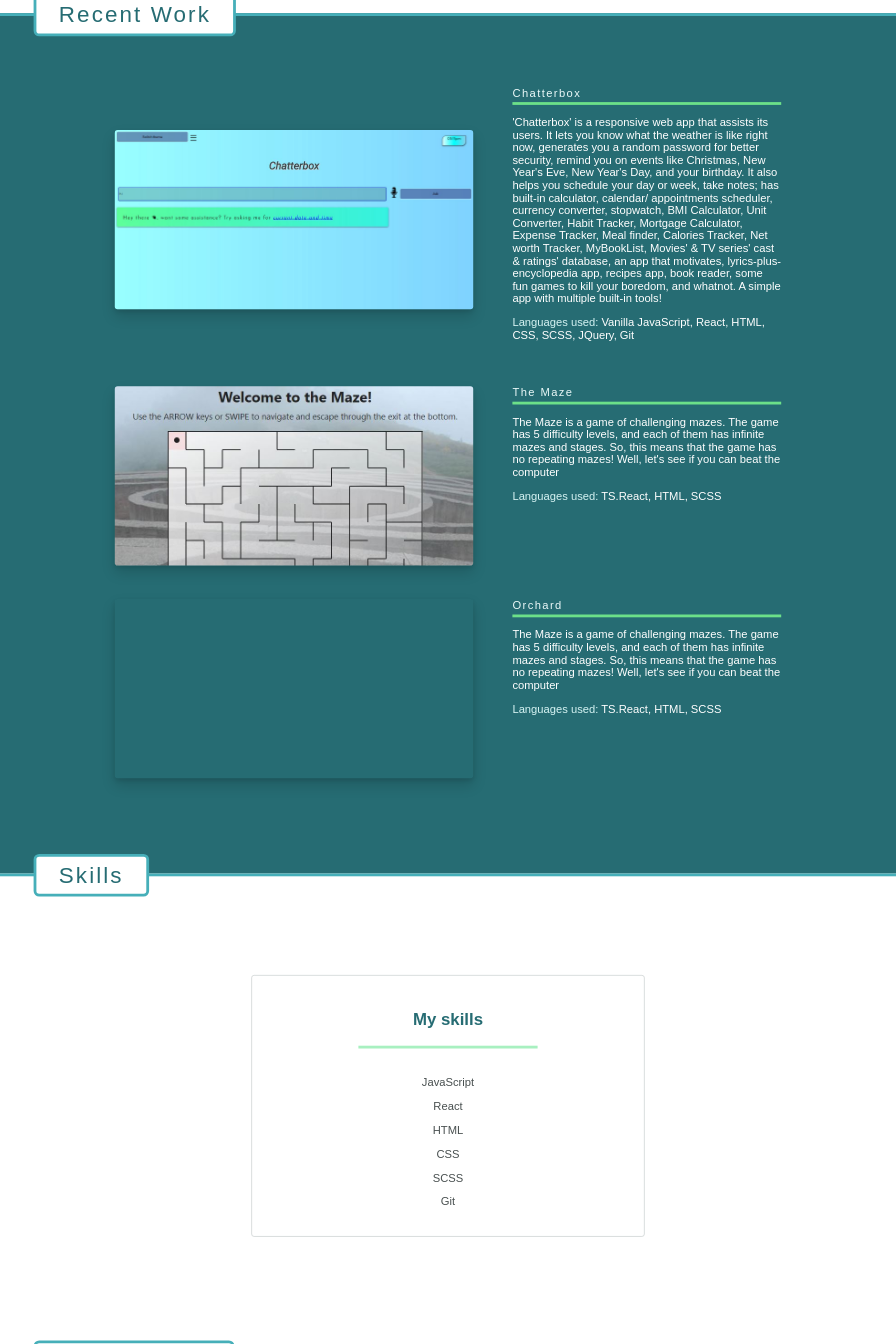
Repository: Abbaskhurram255/port
Page: /
These files come from the project's save history. The page is drawn as it stood at one moment and after the next save; the edit follows.
The browser window is 1280 px wide. The pictures show the part of the page from y = 847 to 2767 px (the page is 3086 px tall), at 70% of full size.
The page's requests for data from a server got no answer. Some web fonts or font styles are not loaded; a fallback is used. Some web libraries are served in a nearby version. The project was rebuilt for these pictures with package versions that can differ from the ones it lists, and the page was loaded fresh each time. No one was signed in, and anything a server would have sent is missing.

Above is the page before, as saved 2021-01-01 22:57:36.

### public/index.html
<!DOCTYPE html>
<html lang="en">
  <head>
    <meta charset="utf-8" />
    <meta
      name="viewport"
      content="width=device-width, initial-scale=1, shrink-to-fit=no"
    />
    <meta name="theme-color" content="#000000" />
    <meta property="og:title" content="Alex' Portfolio" />
    <meta
      property="og:description"
      content="A portfolio of web applications by Alex/ Khurram"
    />
    <meta property="og:url" content="https://www.abbaskhurram255.github.io/" />
    <meta property="og:image" content="/images/portfolio-home.jpg" />
    <title>Alex' Portfolio</title>
    <link
      href="https://fonts.googleapis.com/css?family=Muli:300,400,600,700"
      rel="stylesheet"
    />
    <link
      rel="stylesheet"
      href="https://use.fontawesome.com/releases/v5.4.2/css/all.css"
      integrity="sha384-/rXc/GQVaYpyDdyxK+ecHPVYJSN9bmVFBvjA/9eOB+pb3F2w2N6fc5qB9Ew5yIns"
      crossorigin="anonymous"
    />
  </head>

  <body>
    <noscript>You need to enable JavaScript to run this app.</noscript>
    <div id="root"></div>
  </body>
</html>

### src/index.tsx
import React from "react";
import ReactDOM from "react-dom";
import App from "./App";
import * as serviceWorker from "./serviceWorker";
import "./styles/styles.scss";

ReactDOM.render(<App />, document.getElementById("root"));

// If you want your app to work offline and load faster, you can change
// unregister() to register() below. Note this comes with some pitfalls.
// Learn more about service workers: http://bit.ly/CRA-PWA
serviceWorker.unregister();

### src/App.tsx
import * as React from "react";
import Contact from "./components/Contact";
import Home from "./components/Home";
import Navbar from "./components/Navbar";
import RecentWork from "./components/RecentWork";
import Skills from "./components/Skills";

class App extends React.Component {
  public render() {
    return (
      <div>
        <Navbar />
        <Home />
        <RecentWork />
        <Skills />
        <Contact />
      </div>
    );
  }
}

export default App;

### src/styles/styles.scss
@import "./base/settings";
@import "./base/base";
@import "./components/navbar";
@import "./components/home";
@import "./components/images";
@import "./components/recent-works";
@import "./components/projects";
@import "./components/project";
@import "./components/skills";
@import "./components/skill";
@import "./components/contact";
@import "./components/social";
@import "./components/section-title";

### src/components/Contact.tsx
import * as React from "react";
import utils from "../utils/constants";
import Social from "./Social";
import Title from "./Title";

const { GITHUB_URL, TWITTER_URL } = utils.social;
const { EMAIL } = utils.contact;

const Contact = () => {
  return (
    <div id="contact" className="contact">
      <Title title="Get in Touch" parentComponent="contact" />
      <div className="contact__social-links">
        <p className="contact__brackets">{"{"}</p>
        <Social socialIcon="fab fa-github" socialUrl={GITHUB_URL} />
        <Social socialIcon="fab fa-twitter" socialUrl={TWITTER_URL} />
        <Social socialIcon="fas fa-envelope" socialUrl={`mailto:${EMAIL}`} />
        <p className="contact__brackets">{"}"}</p>
      </div>
    </div>
  );
};

export default Contact;

### src/components/Home.tsx
import * as React from "react";
import Image from "./Image";
import Text from "./Text";
import Title from "./Title";

const Home = () => {
  return (
    <div className="home">
      <div className="home__text-container">
        <Title
          title="<Alex Puth (aka Khurram) />"
          parentComponent="home"
          subTitle="Front-End Developer"
        />
        <Text parentComponent="home" mobile="" />
      </div>
      <Image
        src="/images/headshot.jpg"
        alt="Headshot of Alex Puth"
        parentComponent="home"
      />
      <Text parentComponent="home" mobile="--mobile" />
    </div>
  );
};

export default Home;

### src/components/Navbar.tsx
import * as React from "react";

interface INavbarState {
  linkClass: string;
  isToggled: boolean;
}

class Navbar extends React.Component {
  public state = {
    isToggled: true,
    linkClass: "navbar__link"
  };

  public toggleNav = () => {
    const { isToggled } = this.state;
    this.setState({ isToggled: !isToggled });
    isToggled
      ? this.setState({ linkClass: "navbar__link--show" })
      : this.setState({ linkClass: "navbar__link" });
  };

  public render() {
    return (
      <div className="navbar">
        <a className="navbar__brand" href="#">
          <p className="navbar__brand-text">AP</p>
        </a>
        <i onClick={this.toggleNav} className="fas fa-bars navbar__hamburger" />
        <div className="navbar__link-box">
          <a className={this.state.linkClass} href="#">
            <p className="navbar__link-text">Home</p>
          </a>

          <a className={this.state.linkClass} href="#recent-works">
            <p className="navbar__link-text">Recent Work</p>
          </a>

          <a className={this.state.linkClass} href="#skills">
            <p className="navbar__link-text">Skills</p>
          </a>

          <a className={this.state.linkClass} href="#contact">
            <p className="navbar__link-text">Contact</p>
          </a>
        </div>
      </div>
    );
  }
}
export default Navbar;

### src/components/RecentWork.tsx
import * as React from "react";
import Projects from "./Projects";
import Title from "./Title";

const RecentWork = () => {
  return (
    <div id="recent-works" className="recent-works">
      <Title title="Recent Work" parentComponent="recent-works" />
      <Projects />
    </div>
  );
};

export default RecentWork;

### src/components/Skills.tsx
import * as React from "react";
import Skill from "./Skill";
import Title from "./Title";

const Skills = () => {
  const technicalSkills: string[] = [
    "JavaScript",
    "React",
    "HTML",
    "CSS",
    "SCSS",
    "Git"
  ];

  return (
    <div id="skills" className="skills">
      <Title title={"Skills"} parentComponent="skills" />
      <div className="skills__set-box">
        <Skill title="My skills" skills={technicalSkills} />
      </div>
    </div>
  );
};

export default Skills;

### src/styles/base/_base.scss
html {
  font-size: 62.5%;
  scroll-behavior: smooth;
}

body {
  margin: 0;
  background-color: $white;
}

button {
  cursor: pointer;
}

button:disabled {
  cursor: default;
}

### src/styles/components/_home.scss
.home {
  display: flex;
  flex-direction: column;
  justify-content: space-around;
  margin: $size-10 auto $size-8 auto;
  max-width: 100rem;
  padding: 0 $size-4;
  @media (min-width: $breakpoint-1) {
    margin: $size-10 25% $size-9 25%;
  }
  @media (min-width: $breakpoint-2) {
    flex-direction: row;
    margin: $size-10 auto $size-12 auto;
  }
}

.home__title-box {
  align-items: center;
  display: flex;
  flex-direction: column;
  justify-content: center;
  margin-top: $size-3;
  @media (min-width: $breakpoint-2) {
    margin: 0;
    margin-left: -$size-9;
    align-items: flex-start;
  }
}

.home__title {
  color: $primary-7;
  font-family: $header;
  font-size: $size-6;
  font-weight: 700;
  letter-spacing: 0.3rem;
  line-height: 1;
  margin: 0;
  @media (min-width: $breakpoint-1) {
    font-size: $size-6;
  }
  @media (min-width: $breakpoint-2 - 13) {
    font-size: $size-7;
  }
  @media (min-width: $breakpoint-3) {
    font-size: 7.2rem;
  }
}

.home__subtitle {
  color: $gray-5;
  font-family: $header;
  font-size: $size-4;
  font-weight: 300;
  margin: $size-3 0;
  @media (min-width: $breakpoint-1) {
    font-size: 1.8rem;
  }
  @media (min-width: $breakpoint-2 - 13) {
    font-size: $size-5;
  }
  @media (min-width: $breakpoint-3) {
    font-size: $size-6;
  }
}

.home__text-container {
  display: flex;
  flex-direction: column;
  justify-content: flex-end;
}

.home__text-box {
  border-left: $size-1 solid $secondary-2;
  margin-top: $size-6;
  padding: $size-5 $size-4;
  width: $size-14;
  @media (max-width: $breakpoint-2 - 1) {
    display: none;
  }
}

.home__text-box--mobile {
  border-left: $size-1 solid $secondary-2;
  box-sizing: border-box;
  margin-top: $size-6;
  padding: $size-2;
  width: 100%;
  @media (min-width: $breakpoint-2) {
    display: none;
  }
}

.home__text {
  color: $gray-7;
  font-family: $text;
  font-size: $size-3;
  line-height: 2;
  margin: 0;
  padding: $size-2;
  @media (min-width: $breakpoint-2) {
    font-size: $size-4;
  }
}

.home__text-link {
  @extend .home__text;
  color: $primary-7;
  padding: 0;
  text-decoration: none;
}

.home__text-link:hover {
  color: $primary-5;
}

### src/styles/components/images.scss
.home-image-box {
  background: $gradient-1;
  border-radius: $radius-2;
  box-shadow: $shadow-2;
  padding: $size-3;
  @media (min-width: $breakpoint-2) {
    display: block;
    padding: $size-7;
  }
}

.home-image {
  border-radius: $radius-2;
  box-shadow: $shadow-3;
  margin: 0;
  width: 100%;
  @media (min-width: $breakpoint-2) {
    margin-right: -$size-10;
    height: $size-13;
    width: $size-13;
  }
}

### src/styles/components/_recent-works.scss
.recent-works {
  align-items: center;
  background: $primary-7;
  border-top: $size-1 solid $primary-5;
  display: flex;
  flex-direction: column;
  padding-bottom: $size-2;
  @media (min-width: $breakpoint-1) {
    padding-left: 22%;
    padding-right: 22%;
  }
  @media (min-width: $breakpoint-2) {
    padding: 0;
    padding-bottom: $size-8;
  }
}

.recent-works__title-box {
  background: $white;
  border: $size-1 solid $primary-5;
  border-radius: $size-2;
  display: flex;
  flex-direction: column;
  justify-content: center;
  margin-top: -$size-5;
  padding: $size-2;
  @media (min-width: $breakpoint-2) {
    align-self: flex-start;
    margin-left: $size-7;
    margin-top: -$size-6;
    padding: $size-2 $size-6;
  }
}

.recent-works__title {
  color: $primary-7;
  font-family: $header;
  font-size: $size-4;
  font-weight: 400;
  letter-spacing: 0.3rem;
  margin: 0;
  padding: 0;
  @media (min-width: $breakpoint-2) {
    font-size: $size-6;
  }
}

### src/styles/components/_projects.scss
.projects {
  display: flex;
  flex-direction: column;
  justify-content: space-between;
  margin: $size-4 $size-7;
  width: 100%;
  @media (min-width: $breakpoint-2) {
    margin: $size-7;
    width: 100rem;
  }
}

### src/styles/components/_skills.scss
.skills {
  align-items: center;
  border-top: $size-1 solid $primary-5;
  display: flex;
  flex-direction: column;
  padding-bottom: $size-8;
  @media (min-width: $breakpoint-1) {
    padding-left: 20%;
    padding-right: 20%;
  }
  @media (min-width: $breakpoint-2) {
    padding: 0;
    padding-bottom: $size-8;
  }
}

.skills__title-box {
  background: $white;
  border: $size-1 solid $primary-5;
  border-radius: $size-2;
  display: flex;
  flex-direction: column;
  justify-content: center;
  margin-top: -$size-5;
  padding: $size-2;
  @media (min-width: $breakpoint-2) {
    align-self: flex-start;
    margin-left: $size-7;
    margin-top: -$size-6;
    padding: $size-2 $size-6;
  }
}

.skills__title {
  color: $primary-7;
  font-family: $header;
  font-size: $size-4;
  font-weight: 400;
  letter-spacing: 0.3rem;
  margin: 0;
  padding: 0;
  @media (min-width: $breakpoint-2) {
    font-size: $size-6;
  }
}

.skills__set-box {
  display: flex;
  flex-direction: column;
  justify-content: space-around;
  margin: 0;
  width: 100%;
  @media (min-width: $breakpoint-2) {
    flex-direction: row;
    margin: $size-9 $size-7;
    width: 100rem;
  }
}

### src/styles/components/_skill.scss
.skill {
  align-items: center;
  border: 1px solid $gray-3;
  border-radius: $radius-2;
  display: flex;
  flex-direction: column;
  margin: $size-4 auto;
  padding: $size-5;
  width: 80%;
  @media (min-width: $breakpoint-2) {
    margin: $size-4;
    padding: $size-5;
    width: $size-14;
  }
}

.skill__title-box {
  border-bottom: $size-1 solid $secondary-3;
  display: flex;
  justify-content: center;
  padding: 0;
  width: 100%;
  @media (min-width: $breakpoint-2) {
    width: $size-12;
  }
}

.skill__title {
  color: $primary-7;
  font-family: $text;
  font-size: $size-4;
  @media (min-width: $breakpoint-2) {
    font-size: $size-5;
  }
}

.skill__box {
  padding-top: $size-5;
  width: 100%;
}

.skill__name {
  color: $gray-7;
  font-family: $text;
  font-size: $size-4;
  text-align: center;
}

### src/styles/components/_contact.scss
.contact {
  align-items: center;
  border-top: $size-1 solid $primary-5;
  display: flex;
  flex-direction: column;
  background: #266c73;
}

.contact__title-box {
  background: $white;
  border: $size-1 solid $primary-5;
  border-radius: $size-2;
  display: flex;
  flex-direction: column;
  justify-content: center;
  margin-top: -$size-5;
  padding: $size-2 $size-6;
  @media (min-width: $breakpoint-2) {
    align-self: flex-start;
    margin-left: $size-7;
    margin-top: -$size-6;
  }
}

.contact__title {
  color: $primary-7;
  font-family: $header;
  font-size: $size-4;
  font-weight: 400;
  letter-spacing: 0.3rem;
  margin: 0;
  padding: 0;
  @media (min-width: $breakpoint-2) {
    font-size: $size-6;
  }
}

.contact__social-links {
  display: flex;
  color: rgb(48, 25, 25);
  margin: $size-8 0 $size-9 0;
}

.contact__brackets {
  color: $secondary-3;
  font-family: $text;
  font-size: $size-8;
  font-weight: 300;
  line-height: 0.5;
  margin: 0 $size-4;
  padding: 0;
  @media (min-width: $breakpoint-2) {
    display: block;
    font-size: $size-10;
  }
}

.fas:not(.navbar__hamburger), .fab {
  color: whitesmoke;
}

### src/styles/components/_social.scss
.social {
  color: $primary-5;
  font-size: $size-5;
  margin: $size-3;
  outline: none;
  transition-property: color, transform;
  transition-duration: 0.1s;
  transition-timing-function: ease;
  @media (min-width: $breakpoint-2) {
    font-size: $size-7;
    margin: $size-5;
  }
}

.social:hover,
.social:focus {
  color: $primary-6;
  transform: scale(1.2);
}

### src/styles/components/_section-title.scss
.section-title__box {
  align-self: flex-start;
  background: $white;
  border: $size-1 solid $primary-8;
  border-radius: $size-2;
  display: flex;
  flex-direction: column;
  justify-content: center;
  margin: -$size-6 0 0 $size-7;
  padding: $size-2 $size-6;
}

.section-title {
  color: $primary-7;
  font-family: $header;
  font-size: $size-6;
  font-weight: 400;
  letter-spacing: 0.3rem;
  margin: 0;
  padding: 0;
}

### src/utils/constants.ts
export default {
  contact: {
    EMAIL: process.env.REACT_APP_EMAIL || "abbaskhuram255@gmail.com"
  },
  social: {
    GITHUB_URL:
      process.env.REACT_APP_GITHUB_URL || "https://github.com/abbaskhurram255",
    TWITTER_URL:
      process.env.REACT_APP_TWITTER_URL || "https://twitter.com/alexputh255",
  }
};

### src/components/Social.tsx
import * as React from "react";

interface ISocialProps {
  socialIcon: string;
  socialUrl: string;
}

const Social = (props: ISocialProps) => {
  const { socialIcon, socialUrl } = props;
  return (
    <a
      href={socialUrl}
      rel="noopener noreferrer"
      className="social"
      target="_blank"
    >
      <i className={socialIcon} />
    </a>
  );
};

export default Social;

### src/components/Title.tsx
import * as React from "react";

interface ITitleProps {
  title: string;
  parentComponent: string;
  subTitle?: string;
}

const Title = (props: ITitleProps) => {
  const { title, subTitle, parentComponent: component } = props;
  return (
    <div className={`${component}__title-box`}>
      <h1 className={`${component}__title`}>{title}</h1>
      {subTitle && <h2 className={`${component}__subtitle`}>{subTitle}</h2>}
    </div>
  );
};

export default Title;

### src/components/Image.tsx
import * as React from "react";

interface IImageProps {
  src: string;
  alt: string;
  parentComponent: string;
}

const Image = (props: IImageProps) => {
  const { src, alt, parentComponent: component } = props;
  return (
    <div className={`${component}-image-box`}>
      <img src={`/Portfolio${src}`} alt={alt} className={`${component}-image`} />
    </div>
  );
};

export default Image;

### src/components/Text.tsx
import * as React from "react";

interface ITextProps {
  parentComponent: string;
  mobile: string;
}

const Text = (props: ITextProps) => {
  const { parentComponent: component, mobile } = props;
  return (
    <div className={`${component}__text-box${mobile}`}>
      <p className={`${component}__text`}>
        Hi, my name is Alex, and I'm a frontend developer. I love using
        functional programming concepts in JavaScript and building web
        applications with it. I'm a coding enthusiast. I've been creating web
        applications since I was 13 - I'm 19 now. It's been my hobby
        since I was a kid, the programming. {" "}
      </p>
      <p className={`${component}__text`}>I'm currently
        trying to get familiar with Vue, and Angular.</p>
    </div>
  );
};

export default Text;

### src/components/Projects.tsx
import * as React from "react";
import { projects } from "../utils/data";
import Project from "./Project";

const Projects = () => (
  <div className="projects">
    {projects.map(project => (
      <Project
        project={project.name}
        projectDescription={project.description}
        projectSourceCode={project.sourceCode}
        projectTools={project.tools}
        projectUrl={project.url}
        image={project.image}
        androidVLink={project.androidVLink}
        key={project.name}
      />
    ))}
  </div>
);

export default Projects;

### src/components/Skill.tsx
import * as React from "react";

interface ISkillProps {
  skills: string[];
  title: string;
}

const DeveloperSkills = (props: ISkillProps) => {
  const { skills, title } = props;
  return (
    <div className="skill">
      <div className="skill__title-box">
        <h3 className="skill__title">{title}</h3>
      </div>
      <div className="skill__box">
        {skills.map((skill: string) => (
          <p className="skill__name" key={skill}>
            {skill}
          </p>
        ))}
      </div>
    </div>
  );
};

export default DeveloperSkills;

### src/utils/data.ts

interface IProject {
  description: string;
  image: string;
  name: string;
  androidVLink: string;
  sourceCode: string;
  tools: string;
  url: string;
}

export const projects: IProject[] = [
  {
    description:
      "'Chatterbox' is a responsive web app that assists its users. It lets you know what the weather is like right now, generates you a random password for better security, remind you on events like Christmas, New Year's Eve, New Year's Day, and your birthday. It also helps you schedule your day or week, take notes; has built-in calculator, calendar/ appointments scheduler, currency converter, stopwatch, BMI Calculator, Unit Converter, Habit Tracker, Mortgage Calculator, Expense Tracker, Meal finder, Calories Tracker, Net worth Tracker, MyBookList, Movies' & TV series' cast & ratings' database, an app that motivates, lyrics-plus-encyclopedia app, recipes app, book reader, some fun games to kill your boredom, and whatnot. A simple app with multiple built-in tools!",
    image: "meal to list",
    name: "Chatterbox",
    androidVLink: "about:blank",
    sourceCode: "https://github.com/Abbaskhurram255/Chatterbox/",
    tools: "Vanilla JavaScript, React, HTML, CSS, SCSS, JQuery, Git",
    url: "https://abbaskhurram255.github.io/Chatterbox/getting-started"
  },
  {
    description:
      "The Maze is a game of challenging mazes. The game has 5 difficulty levels, and each of them has infinite mazes and stages. So, this means that the game has no repeating mazes! Well, let's see if you can beat the computer",
    image: "maze",
    name: "The Maze",
    androidVLink: "https://github.com/Abbaskhurram255/maze/raw/main/public/android/the-maze.apk?raw=true",
    sourceCode: "https://github.com/Abbaskhurram255/maze/",
    tools: "TS.React, HTML, SCSS",
    url: "https://alexs-maze-game.netlify.app"
  },
  {
    description:
      "The Maze is a game of challenging mazes. The game has 5 difficulty levels, and each of them has infinite mazes and stages. So, this means that the game has no repeating mazes! Well, let's see if you can beat the computer",
    image: "orchard",
    name: "Orchard",
    androidVLink: "https://github.com/Abbaskhurram255/habit-builder/raw/main/android/orchard.apk?raw=true",
    sourceCode: "https://github.com/Abbaskhurram255/",
    tools: "TS.React, HTML, SCSS",
    url: "https://abbaskhurram255.github.io/"
  }
];

Loaded but not shown: src/serviceWorker.ts (common file); src/styles/components/_project.scss (148 lines, source omitted); src/styles/base/_settings.scss (89 lines, source omitted); src/styles/components/_navbar.scss (137 lines, source omitted); src/components/Project.tsx (95 lines, source omitted)

After the next save:
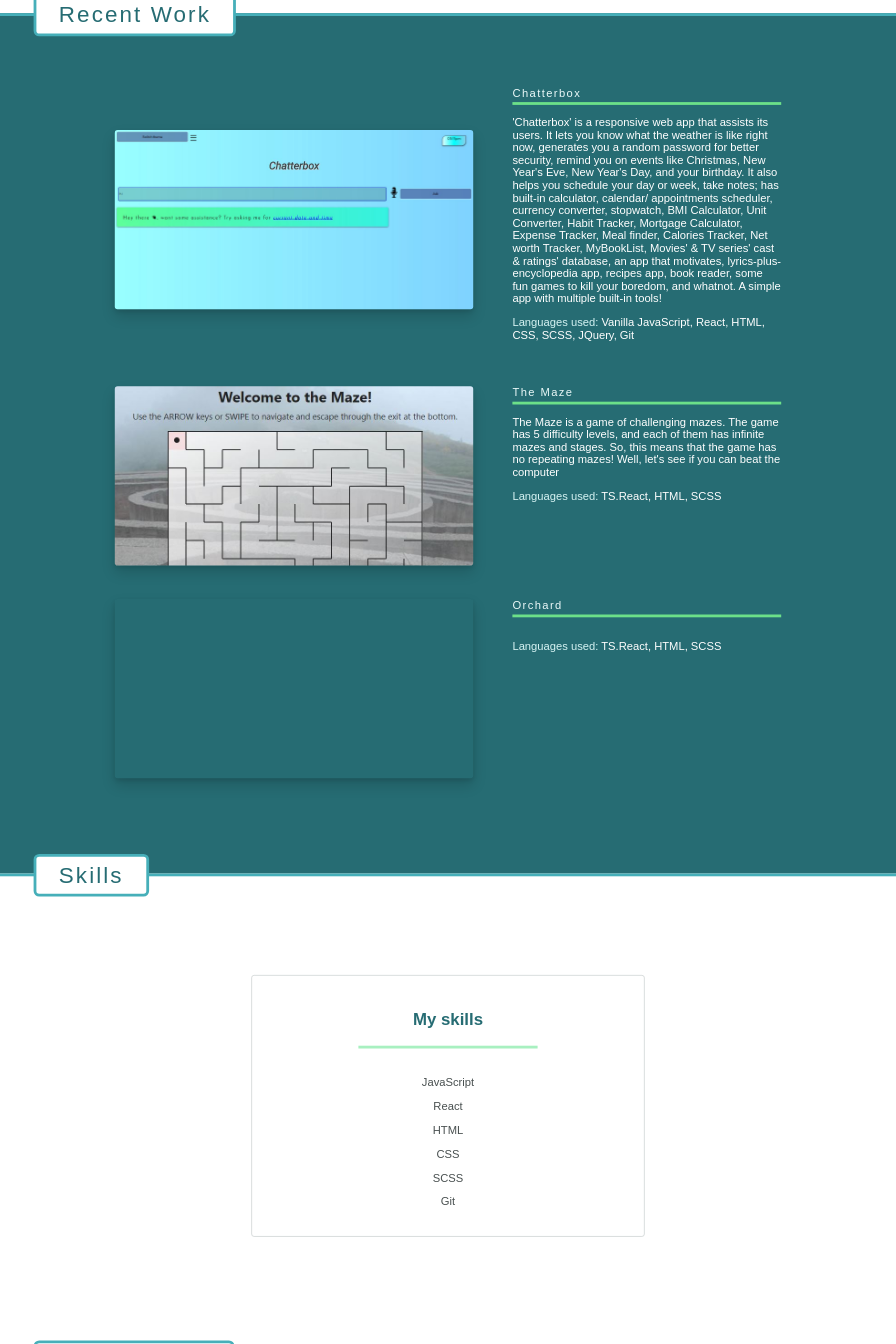
Saved 102 s later.
--- a/src/utils/data.ts
+++ b/src/utils/data.ts
@@ -32,7 +32,7 @@
   },
   {
     description:
-      "The Maze is a game of challenging mazes. The game has 5 difficulty levels, and each of them has infinite mazes and stages. So, this means that the game has no repeating mazes! Well, let's see if you can beat the computer",
+      "",
     image: "orchard",
     name: "Orchard",
     androidVLink: "https://github.com/Abbaskhurram255/habit-builder/raw/main/android/orchard.apk?raw=true",
